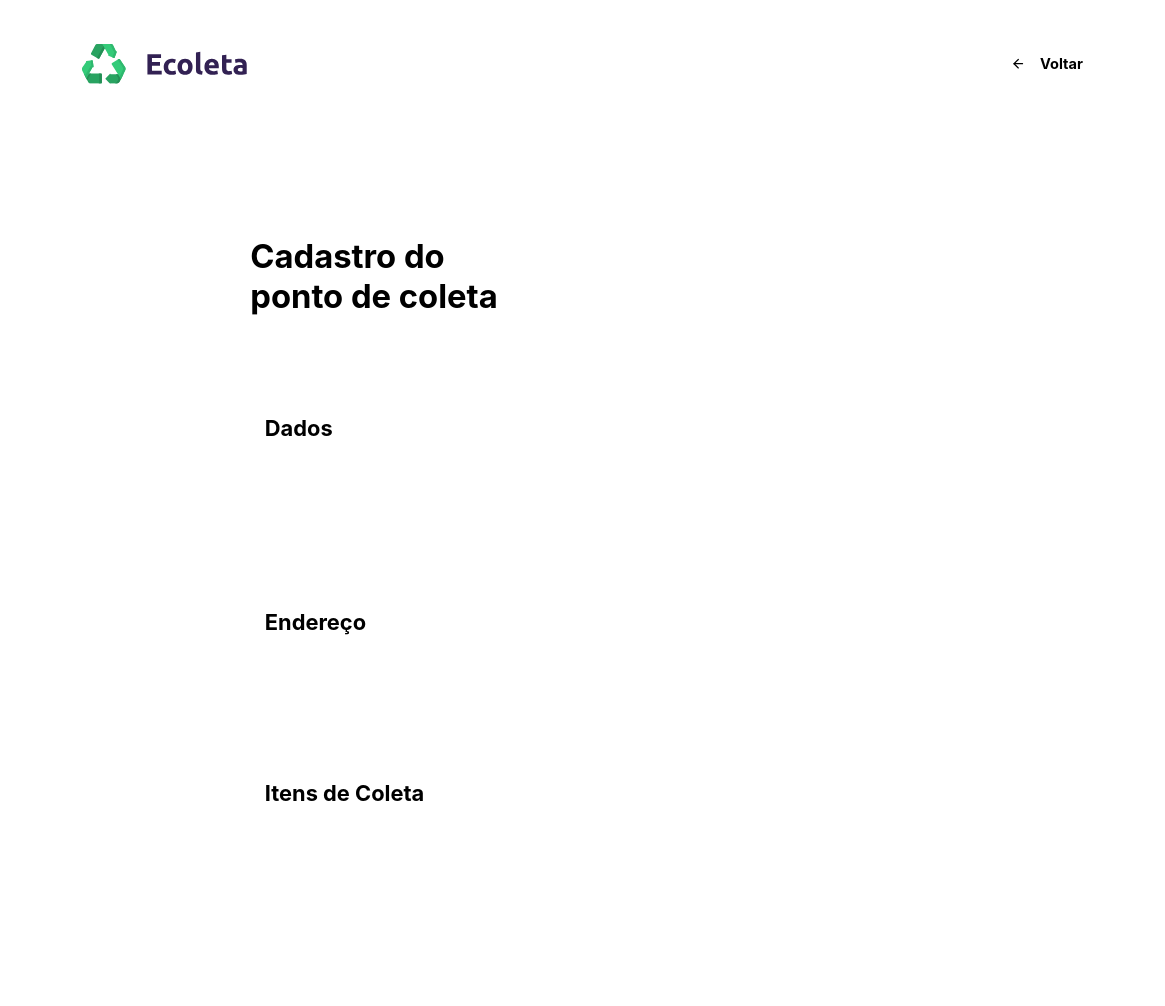
Repository: johnnedemoraesrocha/nlw-o1
Page: /create-point (app in web/)
An editor plug-in stored every save of this project. The page is shown before and after the next save, followed by the edit.
The browser window is 1280 px wide. The pictures show the whole page, at 91% of full size.
The project was rebuilt for these pictures with package versions that can differ from the ones it lists, and the page was loaded fresh each time. Also part of the build but not shown: web/src/App.css, web/src/pages/Home/Home.css, web/src/pages/Home/index.tsx.

Above is the page before, as saved 2020-06-03 22:41:54.

After the next save:
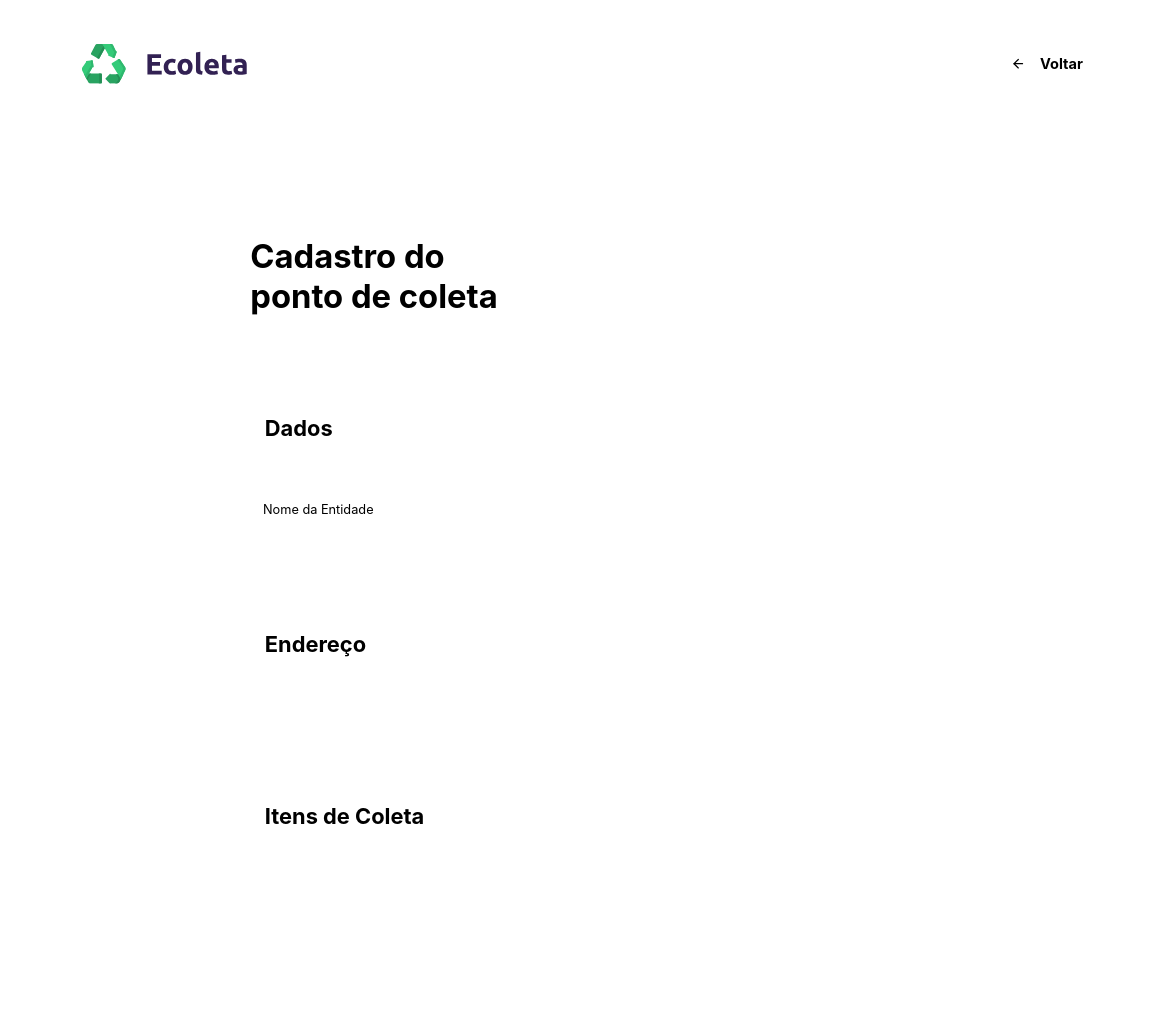
Saved 29 s later.
--- a/web/src/pages/CreatePoint/index.tsx
+++ b/web/src/pages/CreatePoint/index.tsx
@@ -26,7 +26,7 @@ const CreatePoint = () => {
                     </legend>
 
                     <div className="field">
-
+                        <label htmlFor="name">Nome da Entidade</label>
                     </div>
                 </fieldset>
 
